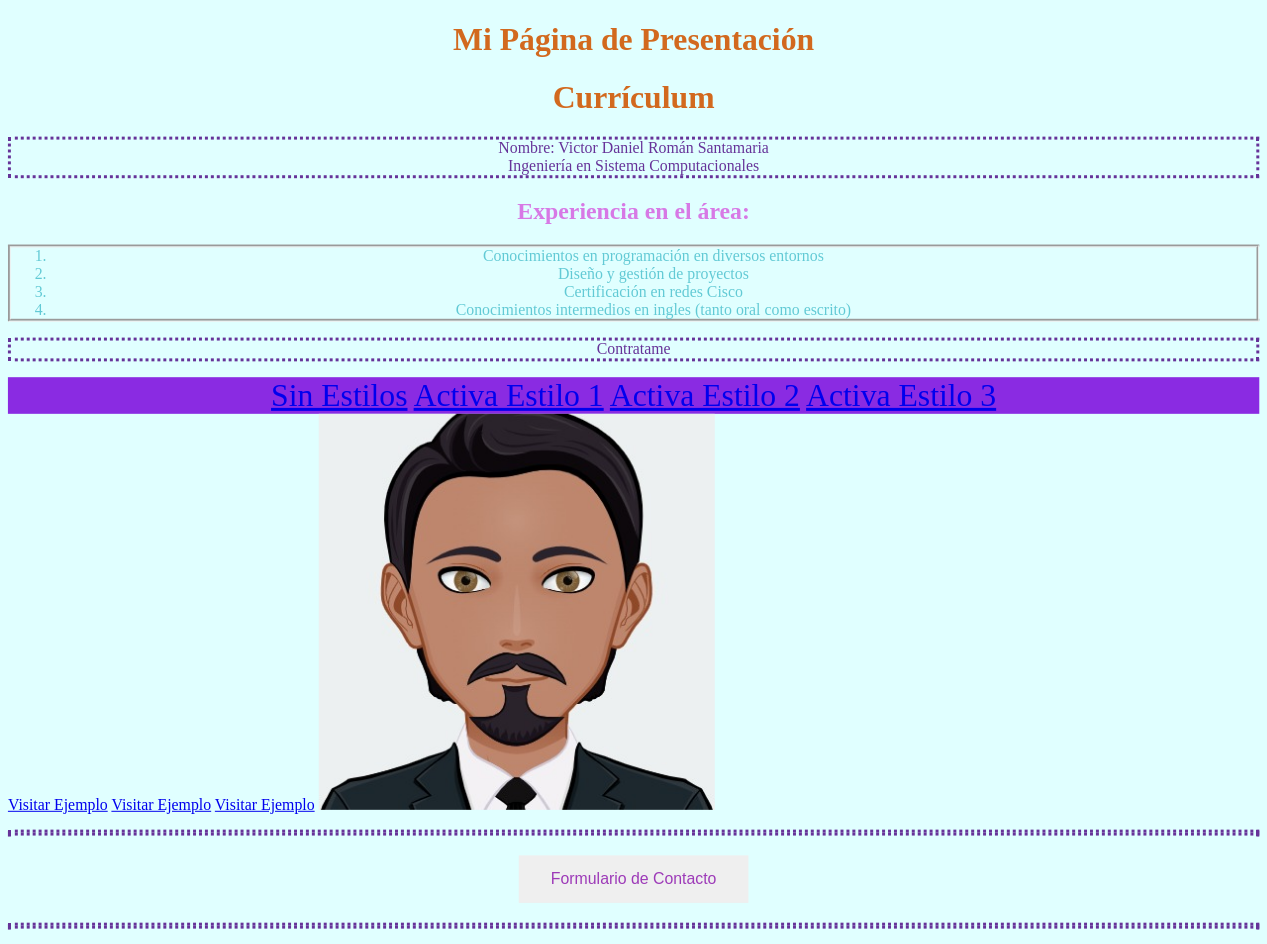
Repository: UVMCoyoacan/VEFY
Page: INDEXVIC.html
The author's editor kept a copy of each file at every save. The page is drawn from the files as they stood at one save, then again after the next save.
The browser window is 1280 px wide. The pictures show the whole page, at 99% of full size.

Above is the page before, as saved 2024-02-28 21:22:50.

After the next save:
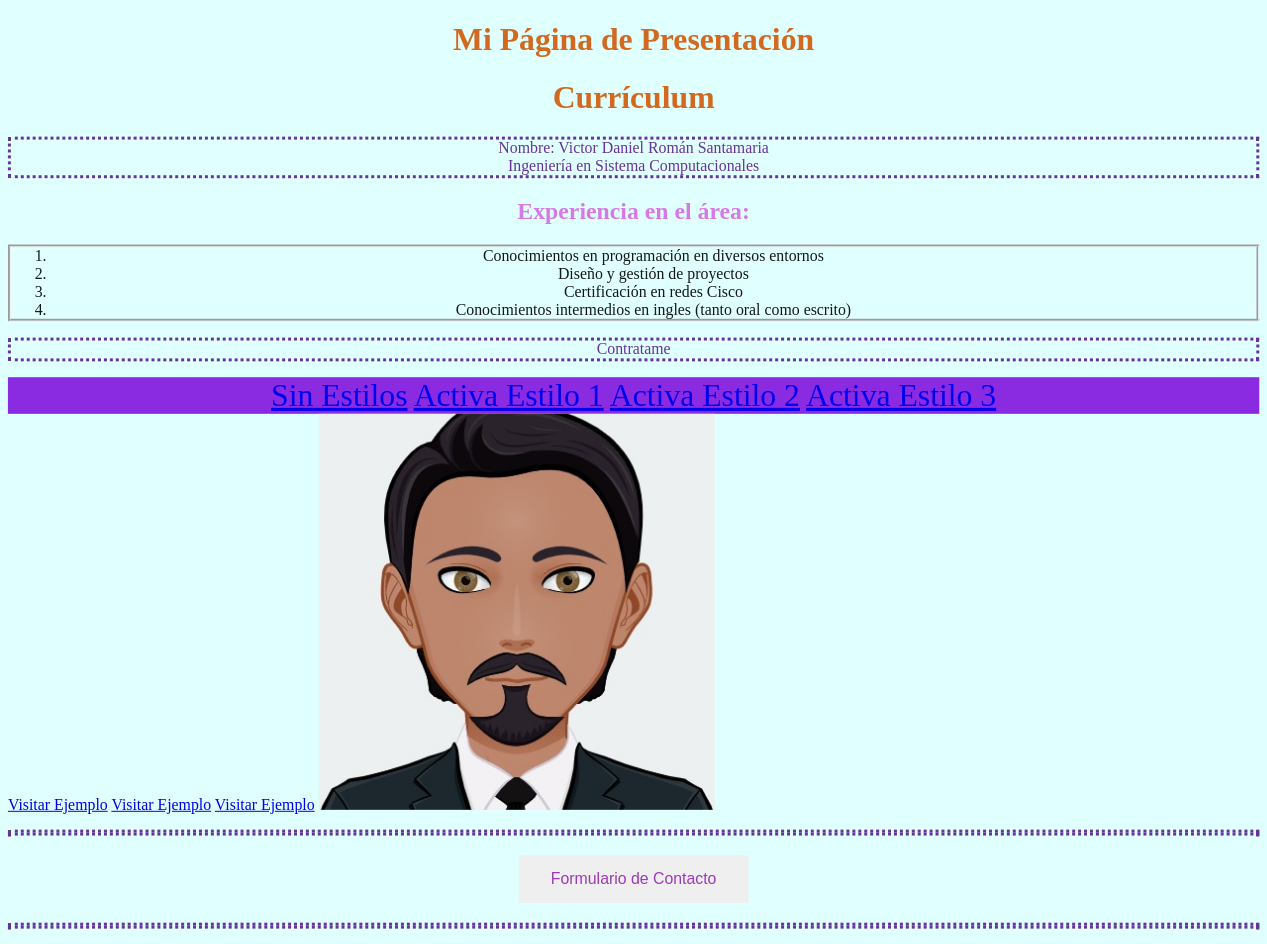
Saved 74 s later.
--- a/estilo3.css
+++ b/estilo3.css
@@ -11,7 +11,7 @@ p{
 
 ol{
     text-align: center;
-    color:rgb(98, 202, 213);
+    color:rgb(20, 24, 25);
     border-style: groove;
 
 }
